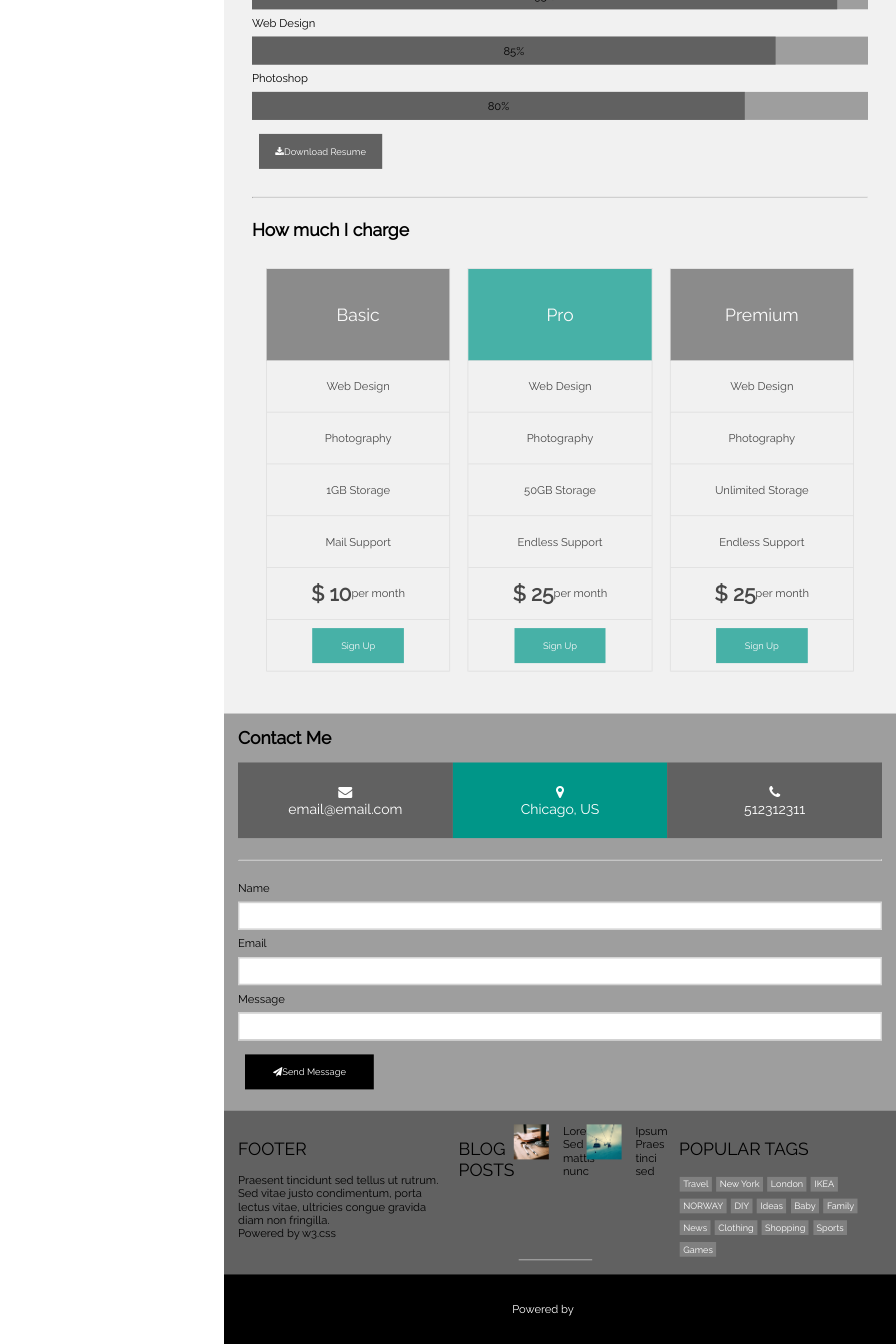
Repository: hesshess/clonecoding-assignment
Page: 5-nature-portfolio/template5.html
An editor plug-in stored every save of this project. The page is shown before and after the next save, followed by the edit.
The browser window is 1280 px wide. The pictures show the part of the page from y = 1636 to 3556 px (the page is 3556 px tall), at 70% of full size.

Above is the page before, as saved 2022-03-22 01:15:01.

### 5-nature-portfolio/template5.html
<!DOCTYPE html>
<html>
  <head>
    <title>Nature Portfolio</title>
    <meta charset="UTF-8" />
    <meta name="viewport" content="width=device-width, initial-scale=1" />

    <link
      rel="stylesheet"
      href="https://fonts.googleapis.com/css?family=Raleway"
    />
    <link
      rel="stylesheet"
      href="https://cdnjs.cloudflare.com/ajax/libs/font-awesome/4.7.0/css/font-awesome.min.css"
    />
    <link rel="stylesheet" href="./template5.css" />
  </head>
  <body>
    <!-- Sidebar/menu -->
    <nav id="mySidebar" class="column">
      <img src="./img/avatar_g2.jpg" />
      <h2><b>PORTFOLIO</b></h2>
      <p style="color: gray">Template by W3.CSS</p>

      <a href="#portfolio" style="color: #009688"
        ><i class="fa fa-th-large fa-fw"></i>PORTFOLIO</a
      >
      <a href="#about"><i class="fa fa-user fa-fw"></i>ABOUT</a>
      <a href="#contact"><i class="fa fa-envelope fa-fw"></i>CONTACT</a>

      <div>
        <i class="fa fa-facebook-official w3-hover-opacity"></i>
        <i class="fa fa-instagram"></i>
        <i class="fa fa-snapchat"></i>
        <i class="fa fa-pinterest-p"></i>
        <i class="fa fa-twitter"></i>
        <i class="fa fa-linkedin"></i>
      </div>
    </nav>
    <div class="back"></div>
    <!-- !PAGE CONTENT! -->
    <div class="front">
      <div class="cv">
        <!-- Header -->
        <header id="portfolio">
          <div>
            <h1><b>My Portfolio</b></h1>
            <div class="filter">
              <div class="f1">Filter:</div>
              <div class="filter_btn">ALL</div>
              <div class="filter_btn"><i class="fa fa-diamond"></i>Design</div>
              <div class="filter_btn"><i class="fa fa-photo"></i>Photos</div>
              <div class="filter_btn"><i class="fa fa-map-pin"></i>Art</div>
            </div>
            <div class="bar"></div>
          </div>
        </header>

        <!-- Photo Grid-->

        <div class="grid">
          <div class="box">
            <img src="./img/mountains.jpg" alt="Norway" />
            <div class="box-txt">
              <p><b>Lorem Ipsum</b></p>
              <p>
                Praesent tincidunt sed tellus ut rutrum. Sed vitae justo
                condimentum, porta lectus vitae, ultricies congue gravida diam
                non fringilla.
              </p>
            </div>
          </div>

          <div class="box">
            <img src="./img/lights.jpg" alt="Norway" />
            <div class="box-txt">
              <p><b>Lorem Ipsum</b></p>
              <p>
                Praesent tincidunt sed tellus ut rutrum. Sed vitae justo
                condimentum, porta lectus vitae, ultricies congue gravida diam
                non fringilla.
              </p>
            </div>
          </div>

          <div class="box">
            <img src="./img/nature.jpg" alt="Norway" />
            <div class="box-txt">
              <p><b>Lorem Ipsum</b></p>
              <p>
                Praesent tincidunt sed tellus ut rutrum. Sed vitae justo
                condimentum, porta lectus vitae, ultricies congue gravida diam
                non fringilla.
              </p>
            </div>
          </div>

          <div class="box">
            <img src="./img/p1.jpg" alt="Norway" />
            <div class="box-txt">
              <p><b>Lorem Ipsum</b></p>
              <p>
                Praesent tincidunt sed tellus ut rutrum. Sed vitae justo
                condimentum, porta lectus vitae, ultricies congue gravida diam
                non fringilla.
              </p>
            </div>
          </div>
          <div class="box">
            <img src="./img/p2.jpg" alt="Norway" />
            <div class="box-txt">
              <p><b>Lorem Ipsum</b></p>
              <p>
                Praesent tincidunt sed tellus ut rutrum. Sed vitae justo
                condimentum, porta lectus vitae, ultricies congue gravida diam
                non fringilla.
              </p>
            </div>
          </div>

          <div class="box">
            <img src="./img/p3.jpg" alt="Norway" />
            <div class="box-txt">
              <p><b>Lorem Ipsum</b></p>
              <p>
                Praesent tincidunt sed tellus ut rutrum. Sed vitae justo
                condimentum, porta lectus vitae, ultricies congue gravida diam
                non fringilla.
              </p>
            </div>
          </div>
        </div>

        <!-- Pagination -->

        <div class="pagination">
          <a class="page" href="#">«</a>
          <a class="page" href="#">1</a>
          <a class="page" href="#">2</a>
          <a class="page" href="#">3</a>
          <a class="page" href="#">4</a>
          <a class="page" href="#">»</a>
        </div>

        <!-- Images of Me -->
        <div id="about">
          <div>
            <img src="./img/avatar_g.jpg" alt="Me" />
          </div>
          <div>
            <img src="./img/me2.jpg" alt="Me" />
          </div>
        </div>

        <div class="about-txt">
          <h4><b>About Me</b></h4>
          <p>
            Just me, myself and I, exploring the universe of unknownment. I have
            a heart of love and an interest of lorem ipsum and mauris neque quam
            blog. I want to share my world with you. Praesent tincidunt sed
            tellus ut rutrum. Sed vitae justo condimentum, porta lectus vitae,
            ultricies congue gravida diam non fringilla. Praesent tincidunt sed
            tellus ut rutrum. Sed vitae justo condimentum, porta lectus vitae,
            ultricies congue gravida diam non fringilla.
          </p>
          <hr />

          <h4>Technical Skills</h4>
          <!-- Progress bars / Skills -->
          <p>Photography</p>
          <div class="full">
            <div class="mylevel" style="width: 95%">95%</div>
          </div>
          <p>Web Design</p>
          <div class="full">
            <div class="mylevel" style="width: 85%">85%</div>
          </div>
          <p>Photoshop</p>
          <div class="full">
            <div class="mylevel" style="width: 80%">80%</div>
          </div>
          <p>
            <button style="background-color: #616161; margin-top: 10px">
              <i class="fa fa-download"></i>Download Resume
            </button>
          </p>
          <hr />

          <h4>How much I charge</h4>
          <!-- Pricing Tables -->
          <div class="price-box">
            <div class="price-box-sm">
              <li style="padding: 30px 0; background-color: #616161">
                <h3 style="color: white">Basic</h3>
              </li>
              <li>Web Design</li>
              <li>Photography</li>
              <li>1GB Storage</li>
              <li>Mail Support</li>
              <li>
                <h2>$ 10</h2>
                <span>per month</span>
              </li>
              <li>
                <button style="width: 50%; background-color: #009688">
                  Sign Up
                </button>
              </li>
            </div>

            <div class="price-box-sm">
              <li style="padding: 30px 0; background-color: #009688">
                <h3 style="color: white">Pro</h3>
              </li>
              <li>Web Design</li>
              <li>Photography</li>
              <li>50GB Storage</li>
              <li>Endless Support</li>
              <li>
                <h2>$ 25</h2>
                <span>per month</span>
              </li>
              <li>
                <button style="width: 50%; background-color: #009688">
                  Sign Up
                </button>
              </li>
            </div>

            <div class="price-box-sm">
              <li style="padding: 30px 0; background-color: #616161">
                <h3 style="color: white">Premium</h3>
              </li>
              <li>Web Design</li>
              <li>Photography</li>
              <li>Unlimited Storage</li>
              <li>Endless Support</li>
              <li>
                <h2>$ 25</h2>
                <span>per month</span>
              </li>
              <li>
                <button style="width: 50%; background-color: #009688">
                  Sign Up
                </button>
              </li>
            </div>
          </div>
        </div>
      </div>
      <!-- Contact Section -->
      <div class="contact">
        <h4 id="contact"><b>Contact Me</b></h4>
        <div class="contact-box">
          <div class="contact-box-sm">
            <p><i class="fa fa-envelope"></i></p>
            <p>email@email.com</p>
          </div>
          <div class="contact-box-sm" style="background-color: #009688">
            <p>
              <i class="fa fa-map-marker"></i>
            </p>
            <p>Chicago, US</p>
          </div>
          <div class="contact-box-sm">
            <p><i class="fa fa-phone"></i></p>
            <p>512312311</p>
          </div>
        </div>
        <hr />
        <form>
          <div>
            <label>Name</label>
            <input type="text" name="Name" required />
          </div>
          <div>
            <label>Email</label>
            <input type="text" name="Email" required />
          </div>
          <div>
            <label>Message</label>
            <input type="text" name="Message" required />
          </div>
          <button type="submit">
            <i class="fa fa-paper-plane"></i>Send Message
          </button>
        </form>
      </div>

      <!-- Footer -->
      <footer>
        <div>
          <h3>FOOTER</h3>
          <p>
            Praesent tincidunt sed tellus ut rutrum. Sed vitae justo
            condimentum, porta lectus vitae, ultricies congue gravida diam non
            fringilla.
          </p>
          <p>
            Powered by
            <a>w3.css</a>
          </p>
        </div>

        <div class="footer-box post">
          <h3>BLOG POSTS</h3>

          <div class="border post">
            <img src="./img/workshop.jpg" />
            <div class="list-text">
              <span>Lorem</span><br />
              <span>Sed mattis nunc</span>
            </div>
          </div>
          <div class="post">
            <img src="./img/gondol.jpg" />
            <div class="list-text">
              <span>Ipsum</span><br />
              <span>Praes tinci sed</span>
            </div>
          </div>
        </div>

        <div class="footer-box">
          <h3>POPULAR TAGS</h3>
          <p>
            <span class="tag">Travel</span>
            <span class="tag">New York</span>
            <span class="tag">London</span>
            <span class="tag">IKEA</span>
            <span class="tag">NORWAY</span>
            <span class="tag">DIY</span>
            <span class="tag">Ideas</span>
            <span class="tag">Baby</span>
            <span class="tag">Family</span>
            <span class="tag">News</span>
            <span class="tag">Clothing</span>
            <span class="tag">Shopping</span>
            <span class="tag">Sports</span>
            <span class="tag">Games</span>
          </p>
        </div>
      </footer>

      <!-- End page content -->

      <div class="footer">
        Powered by
        <a>w3.css</a>
      </div>
    </div>
  </body>
</html>

### 5-nature-portfolio/template5.css
body,
h1,
h2,
h3,
h4,
h5,
h6,
p {
  font-family: 'Raleway', sans-serif;
  margin: 0;
}
h1 {
  font-size: 40px;
}
h2 {
  font-size: 30px;
}
h3 {
  font-size: 25px;
  font-weight: 100;
  padding: 20px 0;
}
h4 {
  font-size: 25px;
  margin-bottom: 20px;
}
h5 {
  font-size: 15px;
}
h6 {
  font-size: 10px;
}
img {
  max-width: 100%;
}
* {
  box-sizing: border-box;
}

a {
  text-decoration: none;
  color: black;
}
a:hover {
  background-color: lightgray;
}
body {
  display: grid;
  gap: 0;
  grid-template-columns: 1fr 3fr;
  grid-template-rows: 3fr;
}
nav {
  width: 25%;
  position: fixed;
  height: 70%;
  margin: 0;
  padding: 30px;
  background-color: white;
}
.column {
  display: flex;
  flex-direction: column;
  justify-content: space-between;
}
#mySidebar > img {
  width: 50%;
  border-radius: 5px;
}
.cv {
  background-color: #f1f1f1;
  padding: 20px;
}
.filter {
  display: flex;
  align-items: center;
  padding: 20px 0;
}
.f1 {
  margin-right: 20px;
}
.filter_btn {
  padding: 10px 20px;
  margin-right: 10px;
  background-color: white;
}

.bar {
  background-color: #cccccc;
  height: 7px;
  width: 100%;
  margin-bottom: 20px;
}
.grid {
  display: grid;
  gap: 20px;
  grid-template:
    'box box box' 1fr
    'box box box' 1fr / 1fr 1fr 1fr;
}

.box img {
  width: 100%;
}
.box-txt {
  background-color: white;
  padding: 10px;
}
.pagination {
  padding: 50px;
  display: flex;
  justify-content: center;
}
.page {
  width: 5%;
  padding: 20px;
  display: flex;
  justify-content: center;
  align-items: center;
}
#about {
  display: flex;
  justify-content: space-evenly;
}
.about-txt {
  padding: 20px;
}
.full {
  width: 100%;
  height: 40px;
  background-color: #9e9e9e;
  margin: 10px 0;
}
.mylevel {
  width: 100%;
  height: 40px;
  background-color: #616161;
  display: flex;
  justify-content: center;
  align-items: center;
}

.price-box {
  margin: auto;
  padding: 20px;
  display: grid;
  gap: 25px;
  grid-template: 'box box box' 1fr/ 1fr 1fr 1fr;
  opacity: 0.7;
}
.price-box-sm {
  height: 80vh;
  margin: auto;
  display: grid;
  border-top: 1px solid lightgray;
  border-left: 1px solid lightgray;
  border-right: 1px solid lightgray;
  width: 100%;
  display: grid;
  grid-template:
    'box' 1fr
    'box' 1fr
    'box' 1fr
    'box' 1fr
    'box' 1fr
    'box' 1fr
    'box' 1fr/ 1fr;
  text-align: center;
  justify-content: center;
  align-items: center;
}
.contact-box {
  width: 100%;
  display: grid;
  grid-template: 1fr/ 1fr 1fr 1fr;
}
.contact-box-sm {
  margin: auto;
  width: 100%;
  padding: 30px 0;
  color: white;
  display: flex;
  flex-direction: column;
  justify-content: center;
  align-items: center;
  font-size: 20px;
  background-color: #616161;
}
.contact {
  background-color: #9e9e9e;
  padding: 20px;
}

form {
  margin: auto;
  width: 100%;
}
form button.message {
  background-color: black;
  color: white;
}
input {
  margin: 5px auto;
  width: 100%;
  padding: 10px;
  margin: 10px 0;
  font-family: inherit;
  border: 2px solid lightgray;
}
button {
  border: none;
  width: 20%;
  height: 50px;
  background-color: black;
  color: white;
  font-family: inherit;
  margin: 10px;
}
button:hover {
  background-color: gray;
}
hr {
  margin: 30px 0;
}

footer {
  background-color: #616161;
  margin: auto;
  padding: 20px;
  display: grid;
  gap: 25px;
  grid-template: 'box box box' 1fr/ 1fr 1fr 1fr;
}
ul {
  padding-inline-start: 0;
}
.post > img {
  height: 50px;
}
.post {
  display: flex;
  justify-content: center;
}
li {
  height: 100%;
  display: flex;
  justify-content: center;
  align-items: center;
  text-align: center;
  border-bottom: 1px solid lightgray;
}

.list-text {
  padding-left: 20px;
}
.border {
  padding-bottom: 20px;
  border-bottom: 1px solid lightgray;
}

.tag {
  font-size: 13px;
  padding: 3px 5px;
  display: inline-block;
  background-color: gray;
  color: white;
  margin: 5px 1px;
}
.footer {
  display: flex;
  padding: 20px;
  height: 100px;
  justify-content: center;
  align-items: center;
  background: black;
  color: white;
}

After the next save:
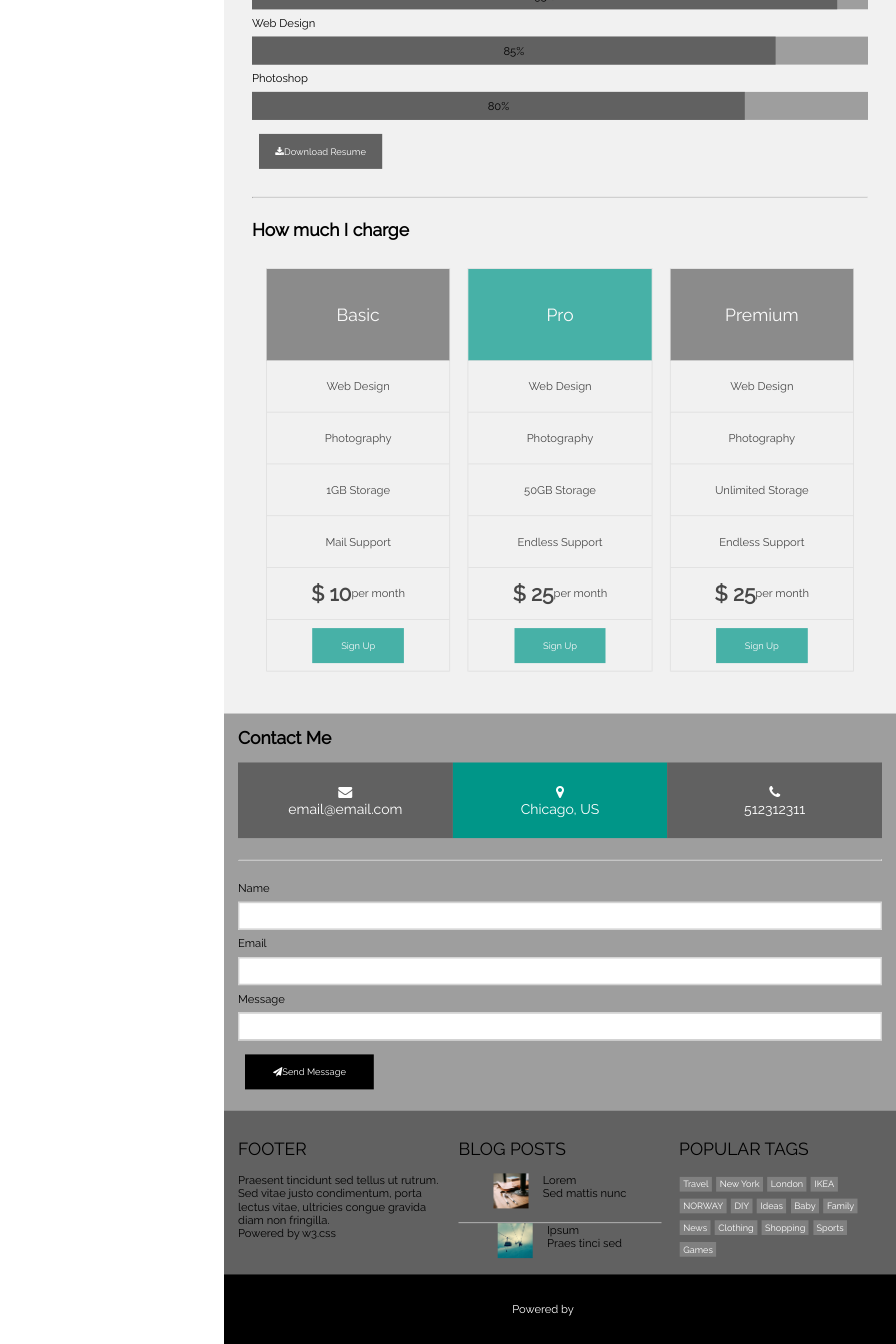
Saved 12 s later.
--- a/5-nature-portfolio/template5.html
+++ b/5-nature-portfolio/template5.html
@@ -302,7 +302,7 @@
           </p>
         </div>
 
-        <div class="footer-box post">
+        <div class="footer-box">
           <h3>BLOG POSTS</h3>
 
           <div class="border post">
